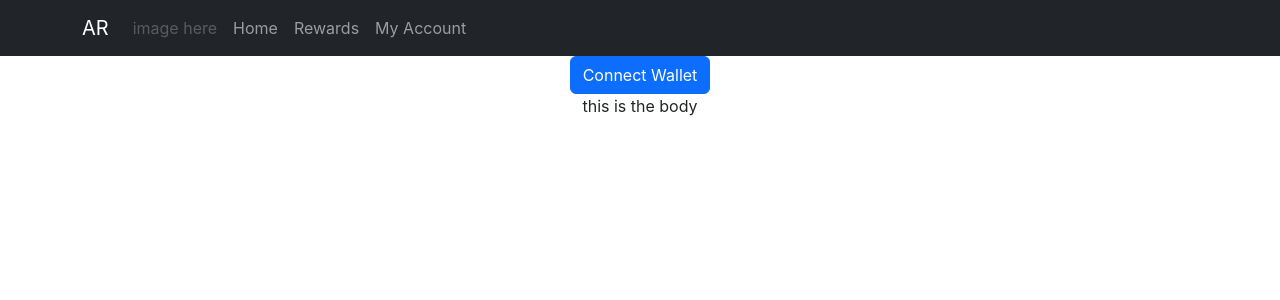
Repository: EyanIngles/AR
Page: /
The author's editor kept a copy of each file at every save. The page is drawn from the files as they stood at one save, then again after the next save.
The browser window is 1280 px wide. The pictures show the whole page.
The project was rebuilt for these pictures with package versions that can differ from the ones it lists, and the page was loaded fresh each time.

Above is the page before, as saved 2024-05-29 13:08:58.

### public/index.html
<!DOCTYPE html>
<html lang="en">
  <head>
    <meta charset="utf-8" />
    <link rel="icon" href="%PUBLIC_URL%/favicon.ico" />
    <meta name="viewport" content="width=device-width, initial-scale=1" />
    <meta name="theme-color" content="#000000" />
    <meta
      name="Arbonne Rewards, a website developed by Eyan.Dev."
      content="A place to store points and data for a community to reward an Arbonne consultants clients"
    />
    <link rel="apple-touch-icon" href="%PUBLIC_URL%/logo192.png" />
    <!--
      manifest.json provides metadata used when your web app is installed on a
      user's mobile device or desktop. See https://developers.google.com/web/fundamentals/web-app-manifest/
    -->
    <link rel="manifest" href="%PUBLIC_URL%/manifest.json" />
    <!--
      Notice the use of %PUBLIC_URL% in the tags above.
      It will be replaced with the URL of the `public` folder during the build.
      Only files inside the `public` folder can be referenced from the HTML.

      Unlike "/favicon.ico" or "favicon.ico", "%PUBLIC_URL%/favicon.ico" will
      work correctly both with client-side routing and a non-root public URL.
      Learn how to configure a non-root public URL by running `npm run build`.
    -->
    <title>Arbonne Rewards</title>
  </head>
  <body>
    <noscript>You need to enable JavaScript to run this app.</noscript>
    <div id="root"></div>
    <!--
      This HTML file is a template.
      If you open it directly in the browser, you will see an empty page.

      You can add webfonts, meta tags, or analytics to this file.
      The build step will place the bundled scripts into the <body> tag.

      To begin the development, run `npm start` or `yarn start`.
      To create a production bundle, use `npm run build` or `yarn build`.
    -->
  </body>
</html>

### src/index.js
import React from 'react';
import ReactDOM from 'react-dom/client';
import 'bootstrap/dist/css/bootstrap.css'
import './index.css';
import App from './App';
import reportWebVitals from './reportWebVitals';
import { Provider } from 'react-redux'
import store from './store/store'

const root = ReactDOM.createRoot(document.getElementById('root'));
root.render(
  <Provider store={store}>
  <React.StrictMode>
    <App />
  </React.StrictMode>
  </Provider>
);

// If you want to start measuring performance in your app, pass a function
// to log results (for example: reportWebVitals(console.log))
// or send to an analytics endpoint. Learn more: https://bit.ly/CRA-vitals
reportWebVitals();

### src/App.js
import './App.css';
import { loadProvider, loadNetwork, loadAccount } from './store/reducers/interactions'
import { useDispatch, useSelector } from 'react-redux';
import { useState, useEffect } from 'react';
import { Button, Card, Nav, Navbar, Container } from 'react-bootstrap'

function App() {
  // declaring dispatch
const dispatch = useDispatch();
const account = useSelector(state => state.provider.account)
const provider = useSelector(state => state.provider.connection)
const chainId = useSelector(state => state.provider.chainId)
// use State statments
const [loadingBlockchain, setLoadingBlockchain] = useState(false)

const loadBlockchain = async () => {
  if (loadBlockchain) {
    try{
      // changing the state of the loading statment to true as in it is loading.
      setLoadingBlockchain(true)
      // load provider
      loadProvider(dispatch)
      // load accounts
      await loadAccount(dispatch)
      // load chain id
      await loadNetwork(provider, dispatch)
      // once all the blockchain has finished loading, set to loading blockchain to false
      setLoadingBlockchain(true)
    } catch (error) {
      console.log("error loading blockchain", error)
    }
  }
}
useEffect(() => {
  if(!loadingBlockchain || account == 0) {
    try{
      loadBlockchain()
    } catch (error) {
      window.alert('error loading blockchain ', error)
    }
  }
},[loadingBlockchain, account, loadBlockchain])

  return (
    <div className="App">
      <>
      <Navbar bg="dark" data-bs-theme="dark">
        <Container>
          <Navbar.Brand href="/">AR</Navbar.Brand>
          <Nav className="me-auto">
          <Nav.Link disabled>image here</Nav.Link>
            <Nav.Link href="/">Home</Nav.Link>
            <Nav.Link href="/">Rewards</Nav.Link>
            <Nav.Link href="/">My Account</Nav.Link>
          </Nav>
        </Container>
      </Navbar>
      </>
      { !account == 0 && !chainId == 0? (
      <>
        <header className="App-header">
          <Card>
            <Card.Text>
              Name: maybe need to create an if statement to say if customer or consultant? <br></br>
              Account: {account.slice(0,6)} <br></br>
              Points:
            </Card.Text>
            </Card>
        <h1 className='h1'>This is the header</h1>
        <h5>buttons here</h5>
        </header>
      </>
      ) : (
        <><Button onClick={loadBlockchain}>Connect Wallet</Button></>
      )}
      <div>
        <p>this is the body</p>
      </div>
    </div>
  );
}

export default App;

### src/store/store.js
import { configureStore } from "@reduxjs/toolkit";
import provider from './reducers/provider'

export default configureStore({
    reducer: {
        provider,
    },
    middleware: getDefaultMiddleware =>
    getDefaultMiddleware({
    serializableCheck: false
    })
})

### src/App.css
.App {
  text-align: center;
}

.App-logo {
  height: 40vmin;
  pointer-events: none;
}

@media (prefers-reduced-motion: no-preference) {
  .App-logo {
    animation: App-logo-spin infinite 20s linear;
  }
}

.App-header {
  background-color: #282c34;
  min-height: 100vh;
  display: flex;
  flex-direction: column;
  align-items: center;
  justify-content: center;
  font-size: calc(10px + 2vmin);
  color: white;
}

.App-link {
  color: #f2e47b;
}

@keyframes App-logo-spin {
  from {
    transform: rotate(0deg);
  }
  to {
    transform: rotate(360deg);
  }
}

### src/store/reducers/interactions.js
import React from 'react'
import { ethers } from 'ethers'
import { setProvider, setNetwork, setAccount } from '../reducers/provider'

// load provider
export const loadProvider = (dispatch) => {
    try{
        const provider = new ethers.BrowserProvider(window.ethereum)
        dispatch(setProvider(provider))
        return provider;
        } catch(err) {
            window.alert('provider unable to be located')
}}
// load account
export const loadNetwork = async (provider, dispatch) => {
    const chainId = await provider.getNetwork()
    dispatch(setNetwork(chainId))
    return chainId;
}
// load account
export const loadAccount = async (dispatch) => {
    //connecting to meta mask with a try and catch to catch an error if metamask if not installed
if(typeof window.ethereum !== 'undefined') {
    try{
        const accounts = await window.ethereum.request({ method: 'eth_requestAccounts' });
        const account = accounts[0];
        dispatch(setAccount(account));

        return account;
    } catch(err) {
        window.alert('Metamask unable to be located. Please install metamask and try again.')
        const deadAccount = ''
        dispatch(setAccount(deadAccount));
    }
}}

### src/store/reducers/provider.js
import { createSlice } from '@reduxjs/toolkit';

export const provider = createSlice({
    name: 'provider',
    initialState: {
        connection: null,
        chainId: null,
        account: null
    },
    reducers: {
        setProvider: (state, action) => {
            state.connection = action.payload
        },
        setNetwork: (state, action) => {
            state.chainId = action.payload
        },
        setAccount: (state, action) => {
            state.account = action.payload
        },
    }
})

export const { setNetwork, setAccount, setProvider } = provider.actions;

export default provider.reducer;

Loaded but not shown: src/index.css (common file); src/reportWebVitals.js (common file)

After the next save:
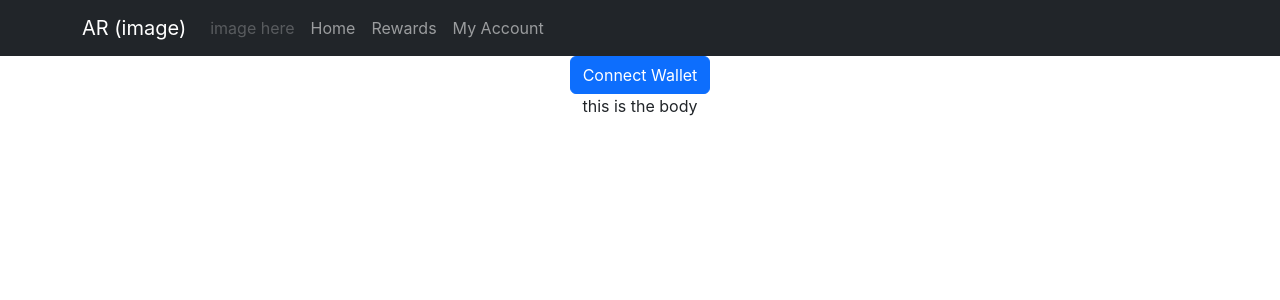
Saved 7 s later.
--- a/src/App.js
+++ b/src/App.js
@@ -46,7 +46,7 @@ useEffect(() => {
       <>
       <Navbar bg="dark" data-bs-theme="dark">
         <Container>
-          <Navbar.Brand href="/">AR</Navbar.Brand>
+          <Navbar.Brand href="/">AR (image)</Navbar.Brand>
           <Nav className="me-auto">
           <Nav.Link disabled>image here</Nav.Link>
             <Nav.Link href="/">Home</Nav.Link>
